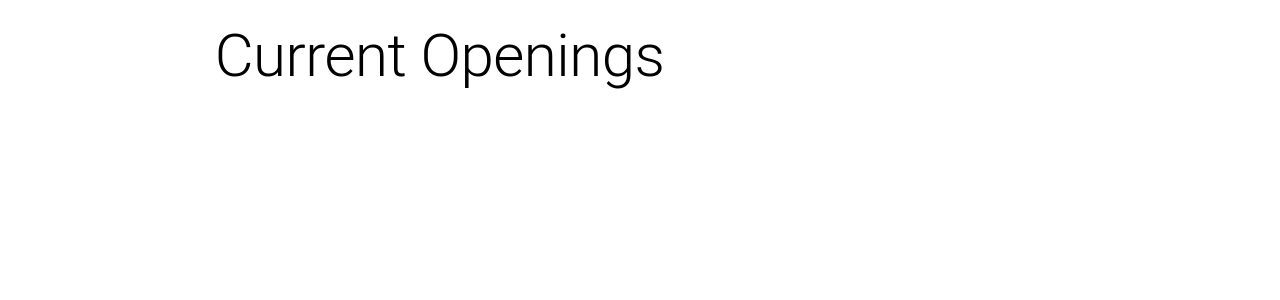
Repository: samihankuttan/technorix
Page: / (app in interview-test/)
These files come from the project's save history. The page is drawn as it stood at one moment and after the next save; the edit follows.
The browser window is 1280 px wide. The pictures show the whole page.
The project was rebuilt for these pictures with package versions that can differ from the ones it lists, and the page was loaded fresh each time. Also part of the build but not shown: interview-test/src/App.css.

Above is the page before, as saved 2022-07-20 22:37:30.

After the next save:
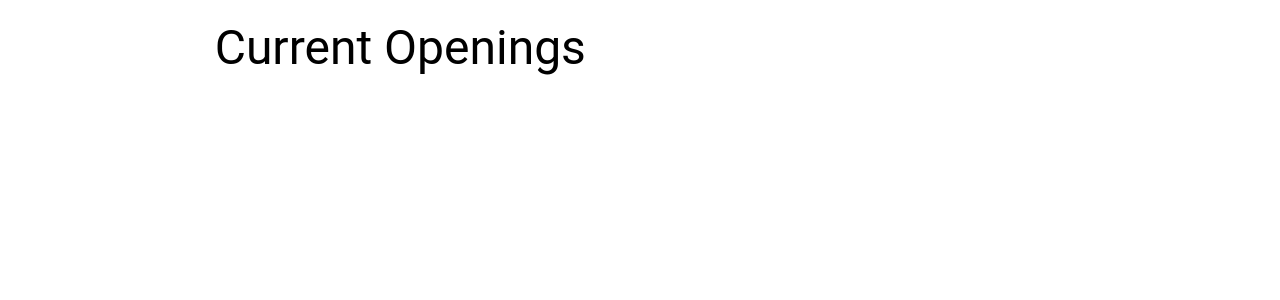
Saved 8 s later.
--- a/interview-test/src/App.js
+++ b/interview-test/src/App.js
@@ -11,7 +11,7 @@ function App() {
             <div style={{height:20}}>&nbsp;</div>
             <Grid container spacing={1}>
               <Grid item xs={12} sm={12} md={12} lg={12}>
-                <Typography variant="h2" gutterBottom component="div">
+                <Typography variant="h3" gutterBottom component="div">
                   Current Openings
                 </Typography>
               </Grid>
